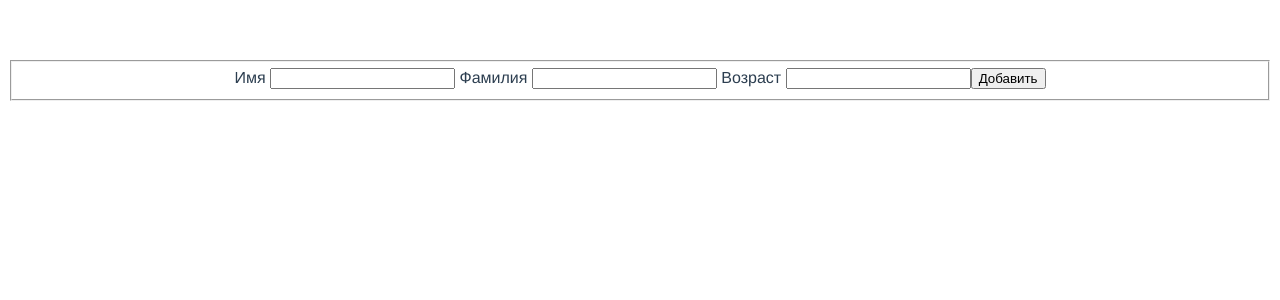
Repository: shum89/test-vue-table
Page: /
An editor plug-in stored every save of this project. The page is shown before and after the next save, followed by the edit.
The browser window is 1280 px wide. The pictures show the whole page.
The project was rebuilt for these pictures with package versions that can differ from the ones it lists, and the page was loaded fresh each time. Also part of the build but not shown: vue.config.js.

Above is the page before, as saved 2021-07-17 23:25:58.

### src/App.vue
<template>
  <Form @submit="addData" />
  <Table @remove="removeData" :list="list" />
</template>
<script>
import { uuid } from 'vue-uuid';
import { ref } from 'vue';
import Form from './components/Form.vue';
import Table from './components/Table.vue';

export default {
  components: { Form, Table },
  setup() {
    const list = ref([]);

    const normalizeString = (str) => {
      const result = str.charAt(0).toUpperCase() + str.slice(1).toLowerCase();
      return result;
    };

    const addData = (person) => {
      list.value.push({
        firstName: normalizeString(person.firstName),
        lastName: normalizeString(person.lastName),
        age: person.age,
        id: uuid.v1(),
      });
    };

    const removeData = (id) => {
      list.value = list.value.filter((i) => i.id !== id);
    };

    return {
      list,
      addData,
      removeData,
    };
  },
};
</script>
<script></script>

<style>
#app {
  font-family: Avenir, Helvetica, Arial, sans-serif;
  -webkit-font-smoothing: antialiased;
  -moz-osx-font-smoothing: grayscale;
  text-align: center;
  color: #2c3e50;
  margin-top: 60px;
}
.table__row-group {
  display: flex;
  align-items: center;
  flex-direction: column;
}
.table__row {
  display: grid;
  gap: 5px;
  grid-template-columns: repeat(3, 1fr);
  justify-content: center;
  max-width: 500px;
  width: 100%;
}
</style>

### src/components/Form.vue
<template>
  <form @submit.prevent="onSubmit">
    <fieldset>
      <label for="firstName">
        Имя
        <input v-model="person.firstName" type="text" id="firstName" />
      </label>

      <label for="lastName">
        Фамилия
        <input v-model="person.lastName" type="text" id="lastName" />
      </label>
      <label for="age">
        Возраст
        <input v-model="person.age" type="number" id="age" />
      </label>
      <button type="submit">Добавить</button>
    </fieldset>
  </form>
</template>

<script>
import { reactive } from 'vue';

export default {
  setup(_, { emit }) {
    const person = reactive({
      firstName: '',
      lastName: '',
      age: '',
    });
    const onSubmit = () => {
      emit('submit', person);
    };

    return { onSubmit, person };
  },

  name: 'Form',
  inheritAttrs: false,
};
</script>

<style></style>

### src/components/Table.vue
<template>
  <div v-if="list.length > 0" class="table" role="grid" aria-colcount="3">
    <div class="table__row-group" role="rowgroup">
      <div class="table__row" role="row">
        <span role="columnheader" aria-colindex="1">First Name</span>
        <span role="columnheader" aria-colindex="2">Last Name</span>
        <span role="columnheader" aria-colindex="3">Age</span>
      </div>
    </div>
    <div class="table__row-group" role="rowgroup">
      <div class="table__row" v-for="listItems in list" :key="listItems.id" role="row">
        <div aria-colindex="1" role="gridcell">
          <span> {{ listItems.firstName }}</span>
        </div>
        <div aria-colindex="2" role="gridcell">
          <span> {{ listItems.lastName }}</span>
        </div>
        <div aria-colindex="3" role="gridcell">
          <span>{{ listItems.age }}</span>
        </div>
        <button @click="removeData(listItems.id)">X</button>
      </div>
    </div>
  </div>
</template>

<script>
export default {
  props: {
    list: Array,
  },
  setup(_, { emit }) {
    const removeData = (id) => {
      emit('remove', id);
    };
    return { removeData };
  },
  name: 'Table',
};
</script>

<style></style>

Loaded but not shown: public/index.html (common file); src/main.js (common file)

After the next save:
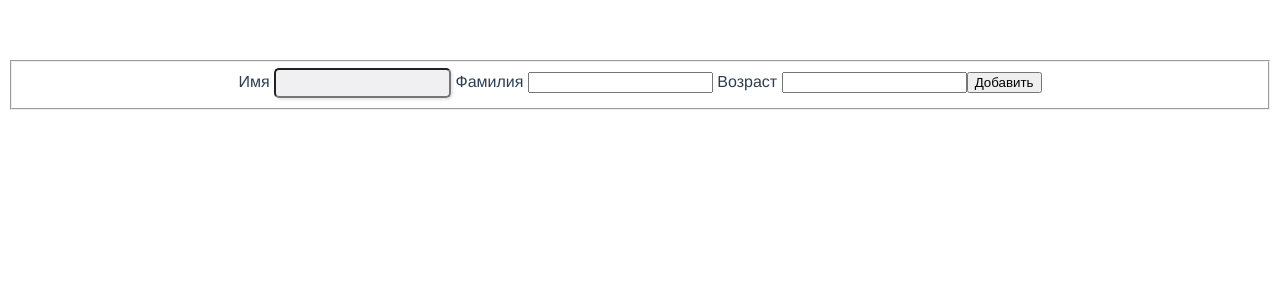
Saved 13 h 7 min later.
--- a/src/components/Form.vue
+++ b/src/components/Form.vue
@@ -3,7 +3,7 @@
     <fieldset>
       <label for="firstName">
         Имя
-        <input v-model="person.firstName" type="text" id="firstName" />
+        <input class="form__input" v-model="person.firstName" type="text" id="firstName" />
       </label>
 
       <label for="lastName">
@@ -41,4 +41,27 @@ export default {
 };
 </script>
 
-<style></style>
+<style>
+.form__input {
+  width: 169px;
+  height: 24px;
+  left: 506px;
+  top: 45px;
+.form__input {
+  width: 169px;
+height: 24px;
+left: 506px;
+top: 45px;
+
+/* Nue/white/1 */
+
+background: #F0F0F3;
+box-shadow: -1px -1px 3px #FFFFFF, 1.5px 1.5px 3px rgba(174, 174, 192, 0.4);
+border-radius: 5px;
+}
+
+  background: #f0f0f3;
+  box-shadow: -1px -1px 3px #ffffff, 1.5px 1.5px 3px rgba(174, 174, 192, 0.4);
+  border-radius: 5px;
+}
+</style>
